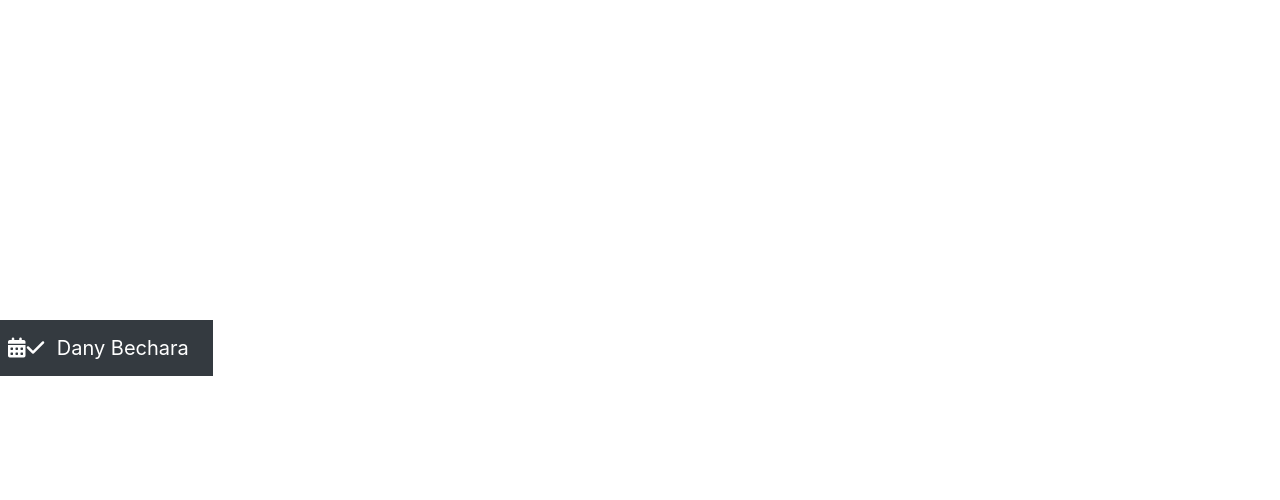
Repository: bechara611/calendar-frontend
Page: /
An editor plug-in stored every save of this project. The page is shown before and after the next save, followed by the edit.
The browser window is 1280 px wide. The pictures show the whole page.
The project was rebuilt for these pictures with package versions that can differ from the ones it lists, and the page was loaded fresh each time. Also part of the build but not shown: vite.config.js. Imported but missing from the stored project, and not drawn on this page: src/auth.

Above is the page before, as saved 2023-01-04 14:13:06.

### index.html
<!DOCTYPE html>
<html lang="en">
  <head>
    <meta charset="UTF-8" />
    <link rel="icon" type="image/svg+xml" href="/vite.svg" />
    <meta name="viewport" content="width=device-width, initial-scale=1.0" />
    <title>CalendarDB</title>
    <link rel="stylesheet" href="https://cdn.jsdelivr.net/npm/bootstrap@4.5.3/dist/css/bootstrap.min.css" integrity="sha384-TX8t27EcRE3e/ihU7zmQxVncDAy5uIKz4rEkgIXeMed4M0jlfIDPvg6uqKI2xXr2" crossorigin="anonymous">
    <link rel="stylesheet" href="https://cdnjs.cloudflare.com/ajax/libs/font-awesome/6.2.1/css/all.min.css" integrity="sha512-MV7K8+y+gLIBoVD59lQIYicR65iaqukzvf/nwasF0nqhPay5w/9lJmVM2hMDcnK1OnMGCdVK+iQrJ7lzPJQd1w==" crossorigin="anonymous" referrerpolicy="no-referrer" />
  </head>
  <body>
    <div id="root"></div>
    <script type="module" src="/src/main.jsx"></script>
  </body>
</html>

### src/main.jsx
import React from 'react'
import ReactDOM from 'react-dom/client'
import { BrowserRouter } from 'react-router-dom'
import { CalendarApp } from './CalendarApp'
import './styles.css'

ReactDOM.createRoot(document.getElementById('root')).render(
  <React.StrictMode>

    <BrowserRouter>
      <CalendarApp />
    </BrowserRouter>

    </React.StrictMode>,
)

### src/CalendarApp.jsx
import React from 'react'
import { AppRouter } from './router/AppRouter'

export const CalendarApp = () => {
  return (
   <AppRouter></AppRouter>
  )
}

### src/router/AppRouter.jsx
import React from 'react'
import { Navigate, Route, Routes } from 'react-router-dom'
import { LoginPages } from '../auth/'
import { CalendarPages } from '../calendar/'


export const AppRouter = () => {
 // const authStatus = 'not-authenticated'
  const authStatus = 'authenticated'
  return (
    <Routes>
      {
        (authStatus === 'not-authenticated'
          ? <Route path='/auth/*' element={<LoginPages></LoginPages>}></Route>
          : <Route path='/*' element={<CalendarPages></CalendarPages>}></Route>
        )
      }
      <Route path='/*' element={<Navigate to={'/auth/login'}></Navigate>}></Route>

    </Routes>
  )
}

### src/calendar/index.js
export * from './pages/CalendarPages'
export * from './components/NavBar'

### src/calendar/pages/CalendarPages.jsx
import React from 'react'
import { NavBar } from '../components/NavBar'

export const CalendarPages = () => {
  return (
 <NavBar></NavBar>
  )
}

### src/calendar/components/NavBar.jsx
import React from 'react'
import './NavBar.css'
export const NavBar = () => {
  return (
    <div className="navbar navbar-dark bg-dark mb-4 px-2">
    <span className='navbar-brand'>
    <i className='fas fa-calendar-alt'></i>
    <i className="fa-sharp fa-solid fa-check icono"></i>

    &nbsp;
    Dany Bechara
    </span>
    </div>
  )
}

### src/calendar/components/NavBar.css
.icono{
  font-size: 20px;
}

Loaded but not shown: src/styles.css (common file)

After the next save:
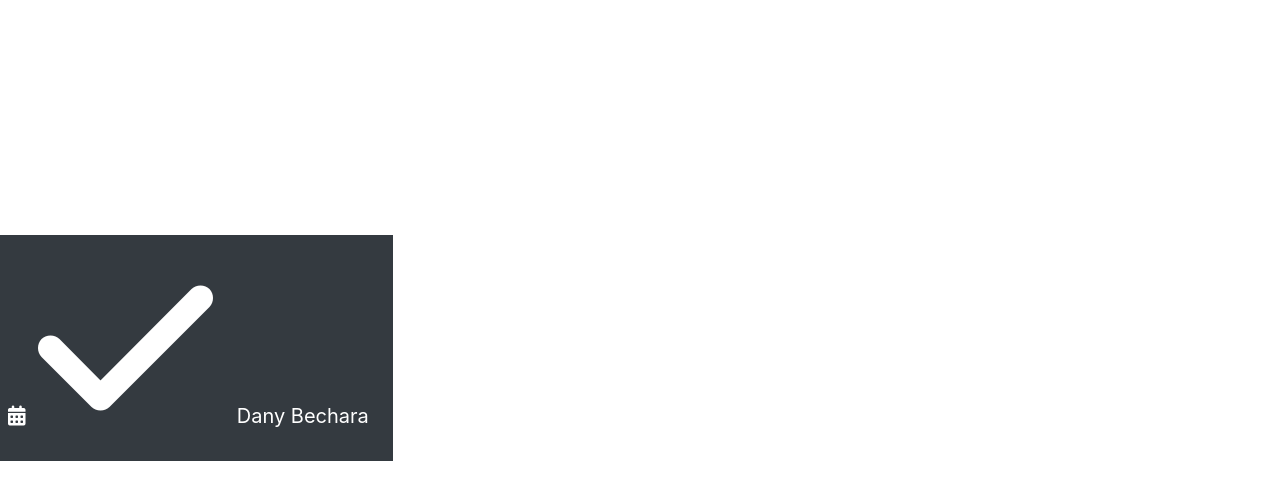
Saved 4 s later.
--- a/src/calendar/components/NavBar.css
+++ b/src/calendar/components/NavBar.css
@@ -1,3 +1,3 @@
 .icono{
-  font-size: 20px;
+  font-size: 200px;
 }

After the save that followed:
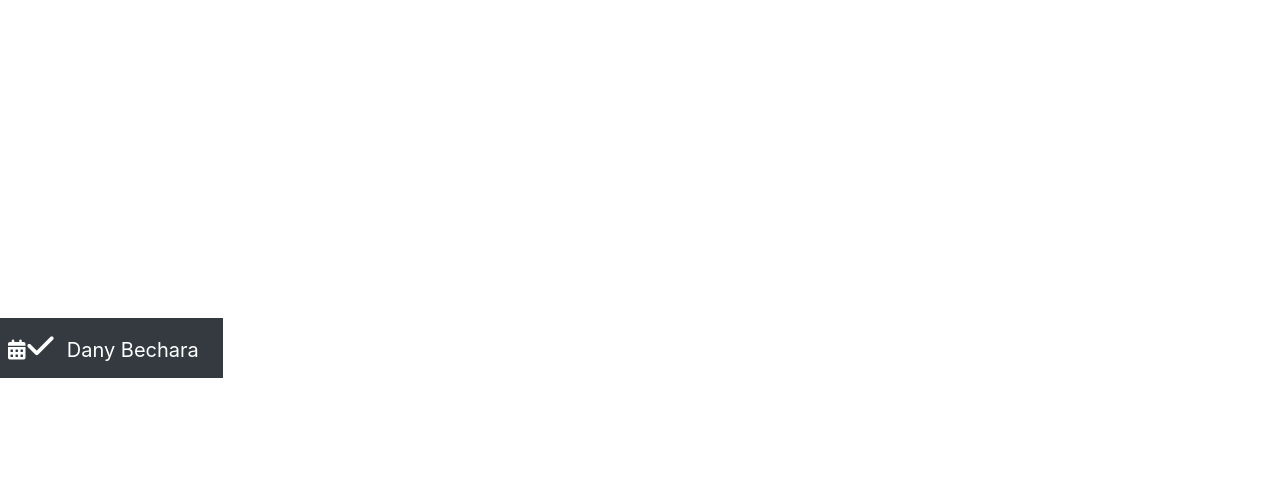
Saved 8 s later.
--- a/src/calendar/components/NavBar.css
+++ b/src/calendar/components/NavBar.css
@@ -1,3 +1,3 @@
 .icono{
-  font-size: 200px;
+  font-size: 30px;
 }
